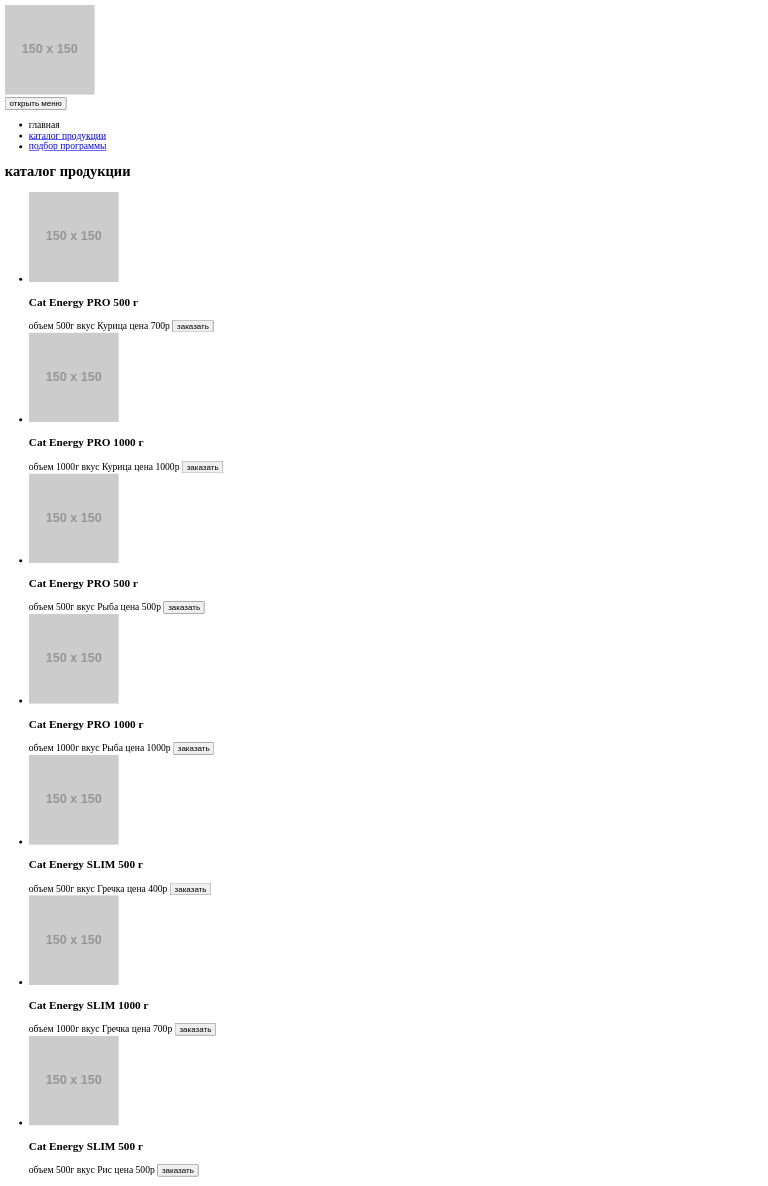
Repository: svetlana2885/1411135-cat-energy-20
Page: source/catalog.html
An editor plug-in stored every save of this project. The page is shown before and after the next save, followed by the edit.
The browser window is 1280 px wide. The pictures show the whole page, at 60% of full size.

Above is the page before, as saved 2020-07-19 20:57:43.

### source/catalog.html
<!DOCTYPE html>
<html class="page" lang="ru">
  <head>
    <meta charset="UTF-8" />
    <title>каталог</title>
  </head>
  <body class="page__body">
    <header class="page-header">
      <a class="page-header__logo">
        <img src="src=https://via.placeholder.com/150x150" alt="логотип" />
      </a>
      <nav class="main-nav">
        <button class="main-nav__toggle" type="button">
          <span class="visually-hidden"> открыть меню </span>
        </button>
        <div class="main-nav__wrapper">
          <ul class="main-nav__list site-list">
            <li class="site-list__item site-list__item--active">
              главная
            </li>
            <li class="site-list__item">
              <a href="catalog.html">
                каталог продукции
              </a>
            </li>
            <li class="site-list__item">
              <a href="form.html">
                подбор программы
              </a>
            </li>
          </ul>
        </div>
      </nav>
    </header>
    <section class="catalog-product">
      <h2 class="catalog__subtitle">каталог продукции</h2>
      <ul class="catalog-product__list">
        <li class="catalog-product__item">
          <img
            class="catalog-product__img"
            src="src=https://via.placeholder.com/150x150"
            alt="корм"
          />
          <h3 class="catalog-product__title">Cat Energy PRO 500 г</h3>
          <span class="catalog-product__description">объем 500г</span>
          <span class="catalog-product__description">вкус Курица</span>
          <span class="catalog-product__description">цена 700р</span>
          <button class="green-button" type="button">заказать</button>
        </li>
        <li class="catalog-product__item">
          <img
            class="catalog-product__img"
            src="src=https://via.placeholder.com/150x150"
            alt="корм"
          />
          <h3 class="catalog-product__title">Cat Energy PRO 1000 г</h3>
          <span class="catalog-product__description">объем 1000г</span>
          <span class="catalog-product__description">вкус Курица</span>
          <span class="catalog-product__description">цена 1000р</span>
          <button class="green-button" type="button">заказать</button>
        </li>
        <li class="catalog-product__item">
          <img
            class="catalog-product__img"
            src="src=https://via.placeholder.com/150x150"
            alt="корм"
          />
          <h3 class="catalog-product__title">Cat Energy PRO 500 г</h3>
          <span class="catalog-product__description">объем 500г</span>
          <span class="catalog-product__description">вкус Рыба</span>
          <span class="catalog-product__description">цена 500р</span>
          <button class="green-button" type="button">заказать</button>
        </li>
        <li class="catalog-product__item">
          <img
            class="catalog-product__img"
            src="src=https://via.placeholder.com/150x150"
            alt="корм"
          />
          <h3 class="catalog-product__title">Cat Energy PRO 1000 г</h3>
          <span class="catalog-product__description">объем 1000г</span>
          <span class="catalog-product__description">вкус Рыба</span>
          <span class="catalog-product__description">цена 1000р</span>
          <button class="green-button" type="button">заказать</button>
        </li>
        <li class="catalog-product__item">
          <img
            class="catalog-product__img"
            src="src=https://via.placeholder.com/150x150"
            alt="корм"
          />
          <h3 class="catalog-product__title">Cat Energy SLIM 500 г</h3>
          <span class="catalog-product__description">объем 500г</span>
          <span class="catalog-product__description">вкус Гречка</span>
          <span class="catalog-product__description">цена 400р</span>
          <button class="green-button" type="button">заказать</button>
        </li>
        <li class="catalog-product__item">
          <img
            class="catalog-product__img"
            src="src=https://via.placeholder.com/150x150"
            alt="корм"
          />
          <h3 class="catalog-product__title">Cat Energy SLIM 1000 г</h3>
          <span class="catalog-product__description">объем 1000г</span>
          <span class="catalog-product__description">вкус Гречка</span>
          <span class="catalog-product__description">цена 700р</span>
          <button class="green-button" type="button">заказать</button>
        </li>
        <li class="catalog-product__item">
          <img
            class="catalog-product__img"
            src="src=https://via.placeholder.com/150x150"
            alt="корм"
          />
          <h3 class="catalog-product__title">Cat Energy SLIM 500 г</h3>
          <span class="catalog-product__description">объем 500г</span>
          <span class="catalog-product__description">вкус Рис</span>
          <span class="catalog-product__description">цена 500р</span>
          <button class="green-button" type="button">заказать</button>
        </li>
      </ul>
    </section>
  </body>
</html>

After the next save:
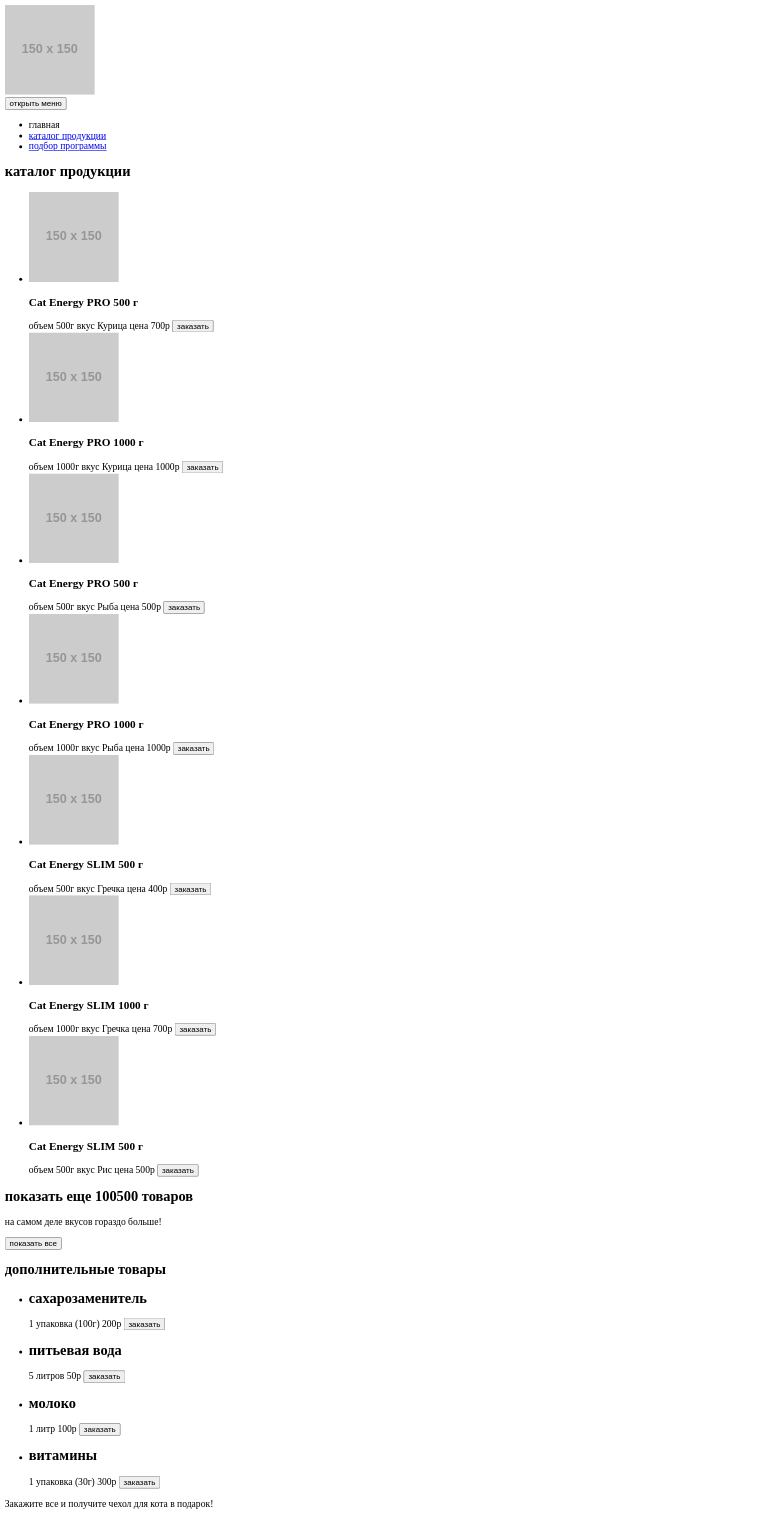
Saved 39 min 35 s later.
--- a/source/catalog.html
+++ b/source/catalog.html
@@ -121,5 +121,38 @@
         </li>
       </ul>
     </section>
+    <div class="box">
+      <h2 class="box-text">показать еще 100500 товаров</h2>
+      <p>на самом деле вкусов гораздо больше!</p>
+      <button class="grey-button" type="button">показать все</button>
+    </div>
+    <section class="catalog-two">
+      <h2 class="catalog-two__caption">дополнительные товары</h2>
+      <ul class="catalog-two__list">
+        <li class="catalog-two__item">
+          <h2 class="catalog-two__item-subtitle">сахарозаменитель</h2>
+          <span class="catalog-two__text">1 упаковка (100г) 200р</span>
+          <button class="green-button">заказать</button>
+        </li>
+        <li class="catalog-two__item">
+          <h2 class="catalog-two__item-subtitle">питьевая вода</h2>
+          <span class="catalog-two__text">5 литров 50р</span>
+          <button class="green-button">заказать</button>
+        </li>
+        <li class="catalog-two__item">
+          <h2 class="catalog-two__item-subtitle">молоко</h2>
+          <span class="catalog-two__text">1 литр 100р</span>
+          <button class="green-button">заказать</button>
+        </li>
+        <li class="catalog-two__item">
+          <h2 class="catalog-two__item-subtitle">витамины</h2>
+          <span class="catalog-two__text">1 упаковка (30г) 300р</span>
+          <button class="green-button">заказать</button>
+        </li>
+      </ul>
+    </section>
+    <div class="wpapper">
+      <p class="wrapper-text">Закажите все и получите чехол для кота в подарок!</p>
+    </div>
   </body>
 </html>
